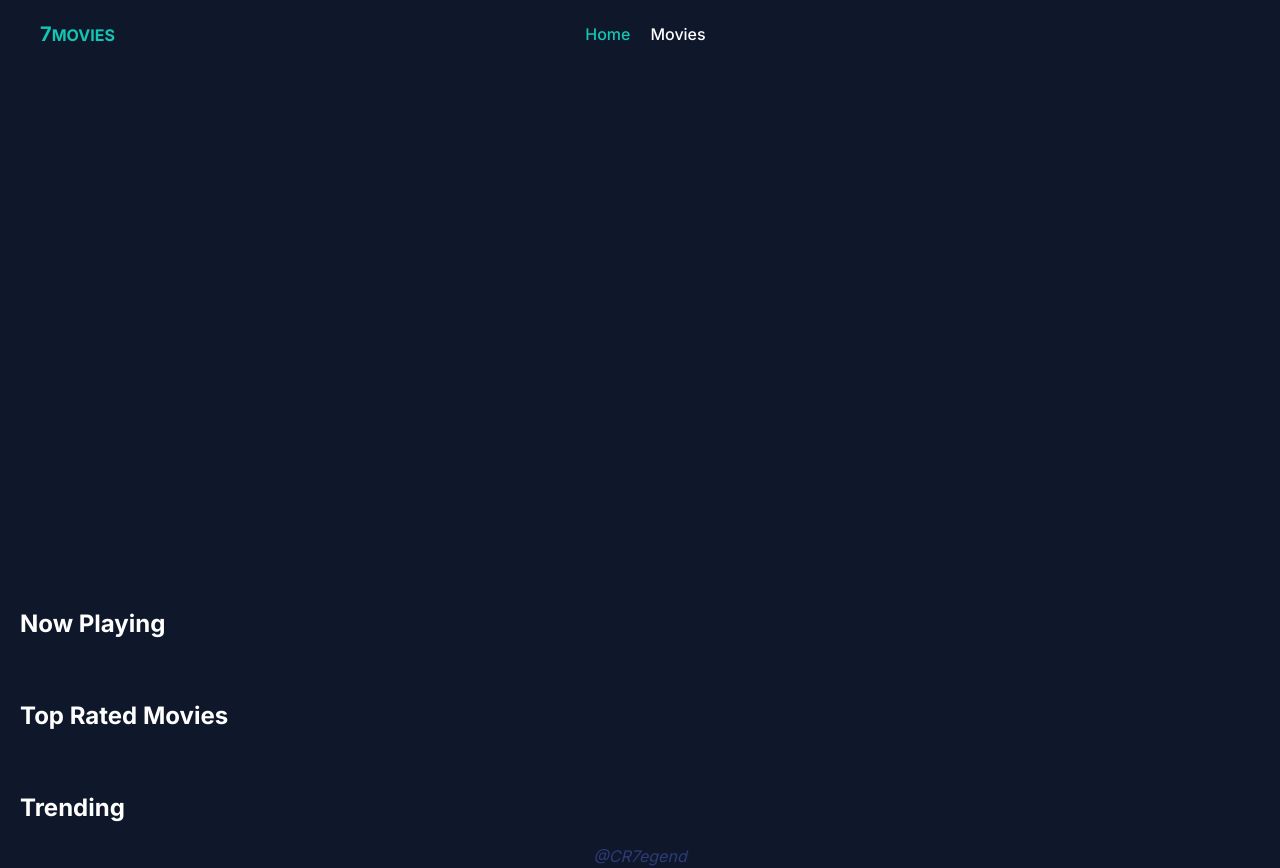
Repository: ajincome26/trailer-movies
Page: /
An editor plug-in stored every save of this project. The page is shown before and after the next save, followed by the edit.
The browser window is 1280 px wide. The pictures show the whole page.
The page's requests for data from a server got no answer. The project was rebuilt for these pictures with package versions that can differ from the ones it lists, and the page was loaded fresh each time. No one was signed in, and anything a server would have sent is missing. Also part of the build but not shown: vite.config.js, src/utils/icons.jsx, src/components/banner/BannerItem.jsx, src/components/movie/MovieCard.jsx, src/hooks/useDebounce.jsx, src/pages/MoviePage.jsx, src/pages/MovieDetailsPage.jsx.

Above is the page before, as saved 2023-04-01 23:22:56.

### src/main.jsx
import React from "react";
import ReactDOM from "react-dom/client";
import App from "./App";
import "./index.scss";
import { BrowserRouter } from "react-router-dom";

ReactDOM.createRoot(document.getElementById("root")).render(
  <BrowserRouter>
    <App />
  </BrowserRouter>
);

### src/App.jsx
import "swiper/scss";
import { Fragment } from "react";
import { Route, Routes } from "react-router-dom";
import Main from "./components/layout/Main";
import HomePage from "./pages/HomePage";
import MoviePage from "./pages/MoviePage";
import MovieDetailsPage from "./pages/MovieDetailsPage";

function App() {
  return (
    <Fragment>
      <Routes>
        <Route element={<Main />}>
          <Route path="/" element={<HomePage />}></Route>
          <Route path="/movies" element={<MoviePage />}></Route>
          <Route path="/movies/:movieId" element={<MovieDetailsPage />}></Route>
        </Route>
      </Routes>
    </Fragment>
  );
}

export default App;

### src/index.scss
@tailwind base;
@tailwind components;
@tailwind utilities;

@import url("https://fonts.googleapis.com/css2?family=Inter:wght@100;200;300;400;500;600;700;800;900&display=swap");

@layer base {
  body {
    @apply bg-slate-900 font-Inter px-5 text-white;
  }
}

@layer components {
  .page-container {
    @apply max-w-[1280px] mx-auto;
  }
  .movies-list .swiper-slide {
    @apply w-[300px] h-auto;
  }
  .movies-similar .swiper-slide {
    @apply w-[300px] h-auto;
  }
  .banner .swiper {
    height: 100%;
  }
}

// pagination
.pagination {
  .selected {
    @apply text-white w-[30px] h-[30px] flex items-center justify-center rounded-full bg-primary leading-none;
  }
  & li:hover {
    @apply text-primary transition-all duration-200 ease-linear;
  }
}

.truncate-1 {
  display: -webkit-box;
  -webkit-line-clamp: 1;
  -webkit-box-orient: vertical;
  overflow: hidden;
  text-overflow: ellipsis;
  word-break: break-word;
}

### src/components/layout/Main.jsx
import React, { Fragment } from "react";
import { Outlet } from "react-router-dom";
import HomePage from "../../pages/HomePage";
import Header from "./Header";

const Main = () => {
  return (
    <Fragment>
      <Header />
      <Outlet />
    </Fragment>
  );
};

export default Main;

### src/pages/HomePage.jsx
import React, { Fragment } from "react";
import Banner from "../components/banner/Banner";
import MovieList from "../components/movie/MovieList";

const HomePage = () => {
  return (
    <Fragment>
      <Banner />

      <section className="movies-layout page-container">
        <h2 className="capitalize text-2xl font-bold mt-10 mb-5">
          Now Playing
        </h2>
        <MovieList type="now_playing" />
      </section>

      <section className="movies-top-rated page-container">
        <h2 className="capitalize text-2xl font-bold mt-10 mb-5">
          Top Rated Movies
        </h2>
        <MovieList type="top_rated" />
      </section>

      <section className="movies-trending page-container">
        <h2 className="capitalize text-2xl font-bold mt-10 mb-5">Trending</h2>
        <MovieList type="popular" />
      </section>

      <div className="text-center italic text-secondary opacity-50">
        @CR7egend
      </div>
    </Fragment>
  );
};

export default HomePage;

### src/components/layout/Header.jsx
import React from "react";
import { Link, NavLink } from "react-router-dom";

const listNav = [
  {
    id: 1,
    to: "/",
    title: "Home",
  },
  {
    id: 2,
    to: "/movies",
    title: "Movies",
  },
];
const Header = () => {
  return (
    <div className="header flex items-center p-5">
      <Link to="/" className="text-primary font-bold">
        <span className="text-xl">7</span>
        <span>MOVIES</span>
      </Link>
      <div className="flex items-center justify-center gap-x-5 w-full font-medium relative right-8">
        {listNav.map((item) => (
          <NavLink
            key={item.id}
            to={item.to}
            className={({ isActive }) => (isActive ? "text-primary" : "")}
          >
            {item.title}
          </NavLink>
        ))}
      </div>
    </div>
  );
};

export default Header;

### src/components/banner/Banner.jsx
import React from "react";
import useSWR from "swr";
import { apiKey, fetcher } from "../../config";
import BannerItem from "./BannerItem";
import { SwiperSlide, Swiper } from "swiper/react";

const Banner = () => {
  const { data, error } = useSWR(
    `https://api.themoviedb.org/3/movie/upcoming?api_key=${apiKey}`,
    fetcher
  );
  const movies = data?.results;
  return (
    <section className="banner page-container h-[500px] overflow-hidden rounded-lg">
      <Swiper grabCursor="true" slidesPerView="auto">
        {movies?.map((item) => (
          <SwiperSlide key={item.id}>
            <BannerItem item={item} />
          </SwiperSlide>
        ))}
      </Swiper>
    </section>
  );
};

export default Banner;

### src/components/movie/MovieList.jsx
import React from "react";
import { SwiperSlide, Swiper } from "swiper/react";
import { apiKey, fetcher } from "../../config";
import useSWR from "swr";
import MovieCard from "./MovieCard";

const MovieList = ({ type }) => {
  const { data, error } = useSWR(
    `https://api.themoviedb.org/3/movie/${type}?api_key=${apiKey}`,
    fetcher
  );
  const movies = data?.results || [];
  return (
    <div className="movies-list">
      <Swiper grabCursor="true" spaceBetween={40} slidesPerView="auto">
        {movies?.map((item) => (
          <SwiperSlide key={item.id}>
            <MovieCard item={item} />
          </SwiperSlide>
        ))}
      </Swiper>
    </div>
  );
};

export default MovieList;

### src/config.jsx
export const fetcher = (...args) => fetch(...args).then((res) => res.json());
export const apiKey = "6e2ea33bcf2956646c3705faf6eeb787";

### tailwind.config.cjs
module.exports = {
  content: ["./index.html", "./src/**/*.{js,ts,jsx,tsx}"],
  theme: {
    extend: {
      fontFamily: {
        Inter: ["Inter", "san-serif"],
      },
      colors: {
        primary: "#13c6b2",
        secondary: "#4b5fc2",
        "overlay-30": "rgba(0,0,0,0.3)",
        "overlay-60": "rgba(0,0,0,0.6)",
        "overlay-80": "rgba(0,0,0,0.8)",
      },
    },
  },
  plugins: [],
};

Loaded but not shown: index.html (common file)

After the next save:
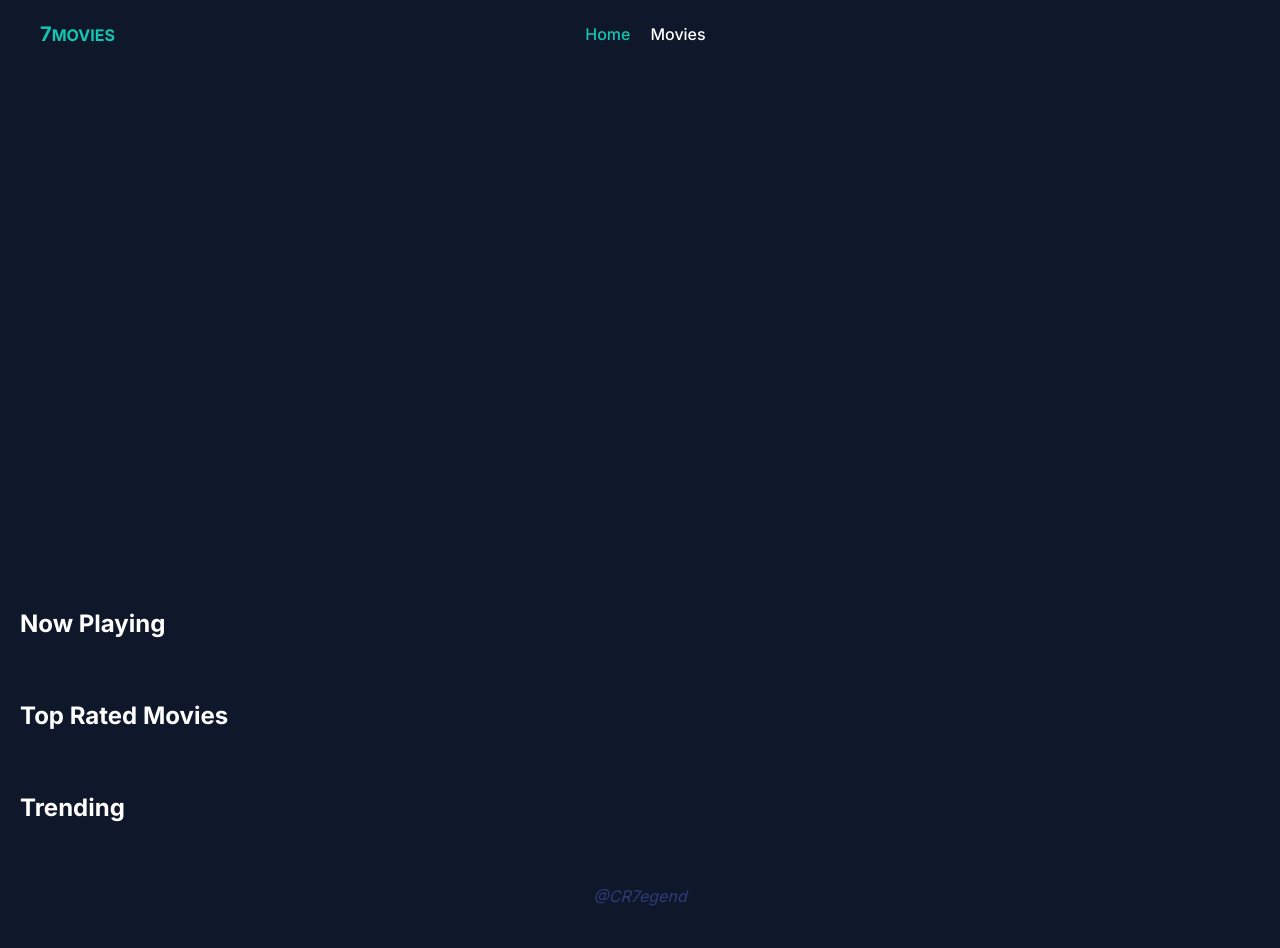
Saved 9 s later.
--- a/src/pages/HomePage.jsx
+++ b/src/pages/HomePage.jsx
@@ -26,7 +26,7 @@ const HomePage = () => {
         <MovieList type="popular" />
       </section>
 
-      <div className="text-center italic text-secondary opacity-50">
+      <div className="text-center italic text-secondary opacity-50 my-10">
         @CR7egend
       </div>
     </Fragment>
